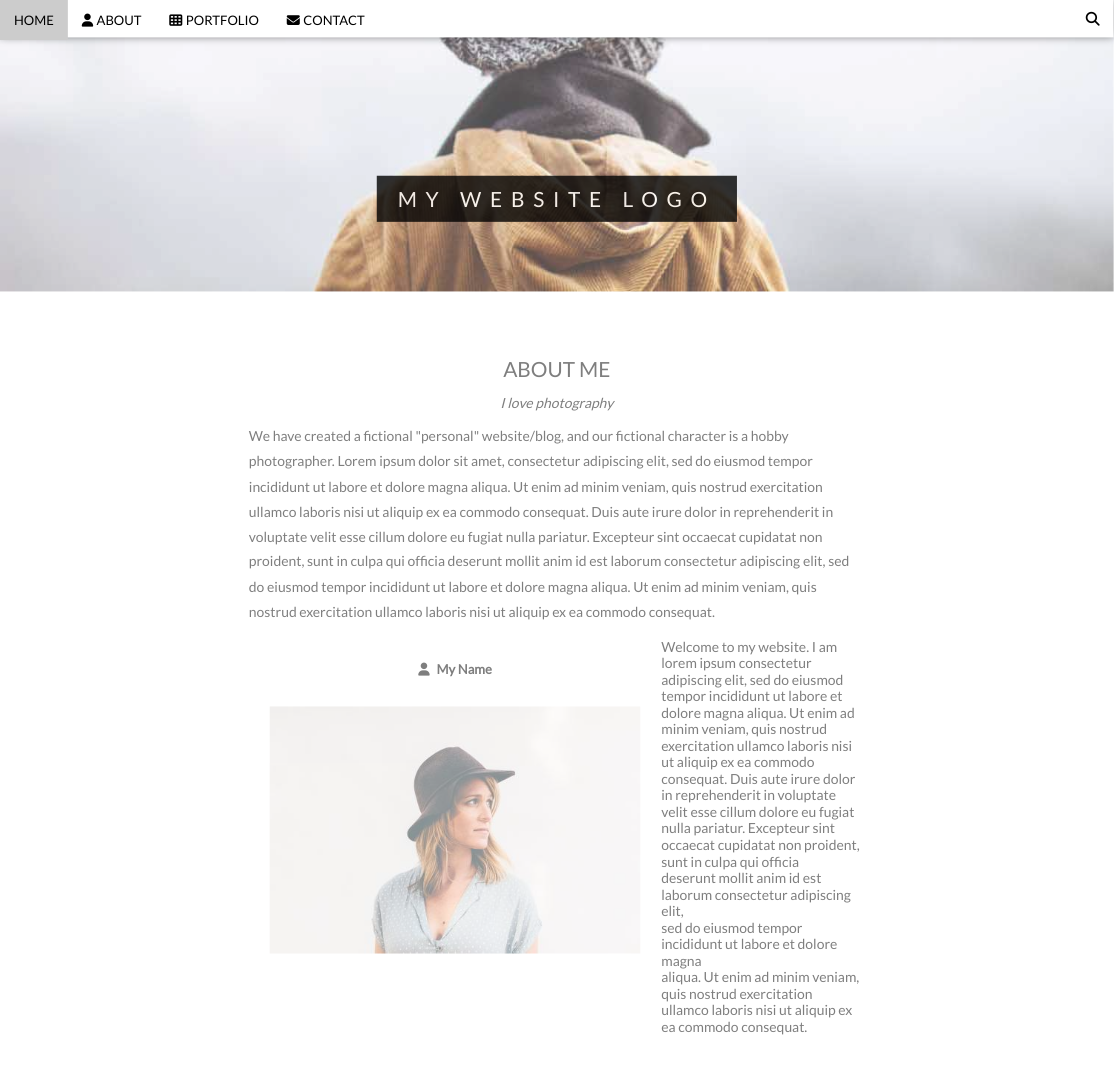
Repository: xd25vn/project-error
Page: index.html
These files come from the project's save history. The page is drawn as it stood at one moment and after the next save; the edit follows.
The browser window is 1280 px wide. The pictures show the whole page, at 87% of full size.

Above is the page before, as saved 2023-09-02 17:36:11.

### index.html
<html lang="en">
<head>
    <meta charset="UTF-8">
    <meta name="viewport" content="width=device-width, initial-scale=1.0">
    <title>TEMPLATE PARALLAX</title>
    <link rel="stylesheet" href="./assets/base.css">
    <link rel="stylesheet" href="./assets/main.css">
    <link rel="stylesheet" href="https://fonts.googleapis.com/css?family=Lato">
    <link rel="stylesheet" href="./assets/font/fontawesome-free-6.4.0-web/fontawesome-free-6.4.0-web/css/all.min.css">
</head>
<body>
    <!--! HEADER -->
    <header>
        <!--? NAV -->
        <ul id="nav">
            <li><a href="#">Home</a></li>
            <li><a href="#"><i class="fa-solid fa-user"></i>About</a></li>
            <li><a href="#"><i class="fa fa-th"></i>Portfolio</a></li>
            <li><a href="#"><i class="fa-solid fa-envelope"></i>contact</a></li>
        </ul>
        <div class="nav-icon-search">
            <i class="fa-solid fa-magnifying-glass"></i>
        </div>
        <!--? NAV -->
    </header>
    <!--! HEADER -->
    <!--& SIDEBAR -->
    <div id="sidebar">
        <div class="sidebar-img-one"></div>
        <div class="sidebar-text-one">
            <span>MY WEBSITE LOGO</span>
        </div>
    </div>
    <!-- & SIDEBAR -->
    <div id="content">
        <div id="about">
            <h3 class="heading-section">ABOUT ME</h3>
            <p class="sub-heading-section">I love photography</p>
            <p class="about-section">We have created a fictional "personal" website/blog, and our fictional character is a hobby photographer. Lorem ipsum dolor sit amet, consectetur adipiscing elit, sed do eiusmod tempor incididunt ut labore et dolore magna aliqua. Ut enim ad minim veniam, quis nostrud exercitation ullamco laboris nisi ut aliquip ex ea commodo consequat. Duis aute irure dolor in reprehenderit in voluptate velit esse cillum dolore eu fugiat nulla pariatur. Excepteur sint occaecat cupidatat non proident, sunt in culpa qui officia deserunt mollit anim id est laborum consectetur adipiscing elit, sed do eiusmod tempor incididunt ut labore et dolore magna aliqua. Ut enim ad minim veniam, quis nostrud exercitation ullamco laboris nisi ut aliquip ex ea commodo consequat.</p>

            <div id="per-dec-one">
                <div class="per-img-one">
                    <div class="heading-per-one">
                        <b><i class="fa fa-user w3-margin-right"></i>My Name</b>
                    </div>
                    <br>
                    <div class="per-img">
                        <img src="./assets/image/per-dec-img/avatar_hat.jpg" alt="AVATER HAT">
                    </div>
                </div>

                <div class="pre-text-one">
                    <p>Welcome to my website. I am lorem ipsum consectetur<br> adipiscing elit, sed do eiusmod tempor incididunt ut labore et<br> dolore magna aliqua. Ut enim ad minim veniam, quis nostrud<br> exercitation ullamco laboris nisi ut aliquip ex ea commodo<br> consequat. Duis aute irure dolor in reprehenderit in voluptate<br> velit esse cillum dolore eu fugiat nulla pariatur. Excepteur sint<br> occaecat cupidatat non proident, sunt in culpa qui officia<br> deserunt mollit anim id est laborum consectetur adipiscing elit,<br> sed do eiusmod tempor incididunt ut labore et dolore magna<br> aliqua. Ut enim ad minim veniam, quis nostrud exercitation<br> ullamco laboris nisi ut aliquip ex ea commodo consequat.</p>
                </div>
            </div>
        </div>

        <div class="portfolio">

        </div>

        <div class="my-work">

        </div>

        <div class="contact">

        </div>

        <div class="map-work">

        </div>
    </div>

    <footer id="footer">

    </footer>
</body>
</html>

### assets/base.css
* {
    margin: 0;
    padding: 0;
    box-sizing: border-box;
}
body {
    background-color: #fff;
    font-family: "Lato", sans-serif;
}

### assets/main.css
header {
    height: 43px;
    width: 100%;
    background-color: #fff;
    box-shadow: 0 0 10px rgba(0, 0, 0, 0.6);
    position: fixed;
    z-index: 1;
}

header #nav {
    display: flex;
    list-style: none;
    align-items: center;
    position: relative;
}

header #nav li {
    padding: 14px 16px;
    display: block;
}

header #nav li i {
    padding-right: 4px;
}

header
#nav
li a {
    text-decoration: none;
    color: #000;
    font-size: 15px;
    text-transform: uppercase;
}

header
#nav
li:hover {
    background: #ccc;
    cursor: pointer;
}

header
.nav-icon-search
i {
    position: absolute;
    top: 0;
    right: 0;
    padding: 14px 16px;
    text-align: center;
}

header .nav-icon-search:hover i {
    background-color: #f44336 !important;
    color: #fff;
    display: block;
    cursor: pointer;
}

#sidebar .sidebar-img-one {
    background: url(../assets/image/sidebar1.jpg) center / cover no-repeat;
    padding-top: calc(27% - 10.18px);
    opacity: 0.7;
    position: relative;
}

#sidebar .sidebar-text-one {
    background-color: #000 !important;
    position: absolute;
    padding: 12px 24px;
    left: 50%;
    transform: translateX(-50%);
    top: 28%;
    opacity: 0.8;
}

#sidebar .sidebar-text-one span {
    color: #fff;
    font-size: 24px;
    letter-spacing: 10;
}

#content #about {
    margin: 0px 270px;
    padding: 64px 16px;
    opacity: 0.5;
}

#content #about .heading-section {
    margin: 10px 0px;
    font-size: 24px;
    font-weight: 400;
    text-align: center;
}

#content #about .sub-heading-section {
    margin: 15px 0px;
    font-style: italic;
    text-align: center;
}

#content #about .about-section {
    margin: 15px 0px;
    line-height: 1.8;
}

#content #per-dec-one {
    display: flex;
}

#content #per-dec-one .per-img-one {
    padding: 12px 24px;
    text-align: center;
}

#content #per-dec-one .per-img-one .heading-per-one {
    margin: 15px 0px;
    font-size: 15px;
}

#content #per-dec-one .per-img-one .heading-per-one i {
    padding-right: 8px;
}

#content #per-dec-one .per-img {
    width: 100%;
}

#content #per-dec-one .per-img img {
    height:  284px;
    width: 426px;
}

#content #about #per-dec-one .per-img:hover {
    opacity: 1;
}

Loaded but not shown: assets/font/fontawesome-free-6.4.0-web/fontawesome-free-6.4.0-web/css/all.min.css (library)

After the next save:
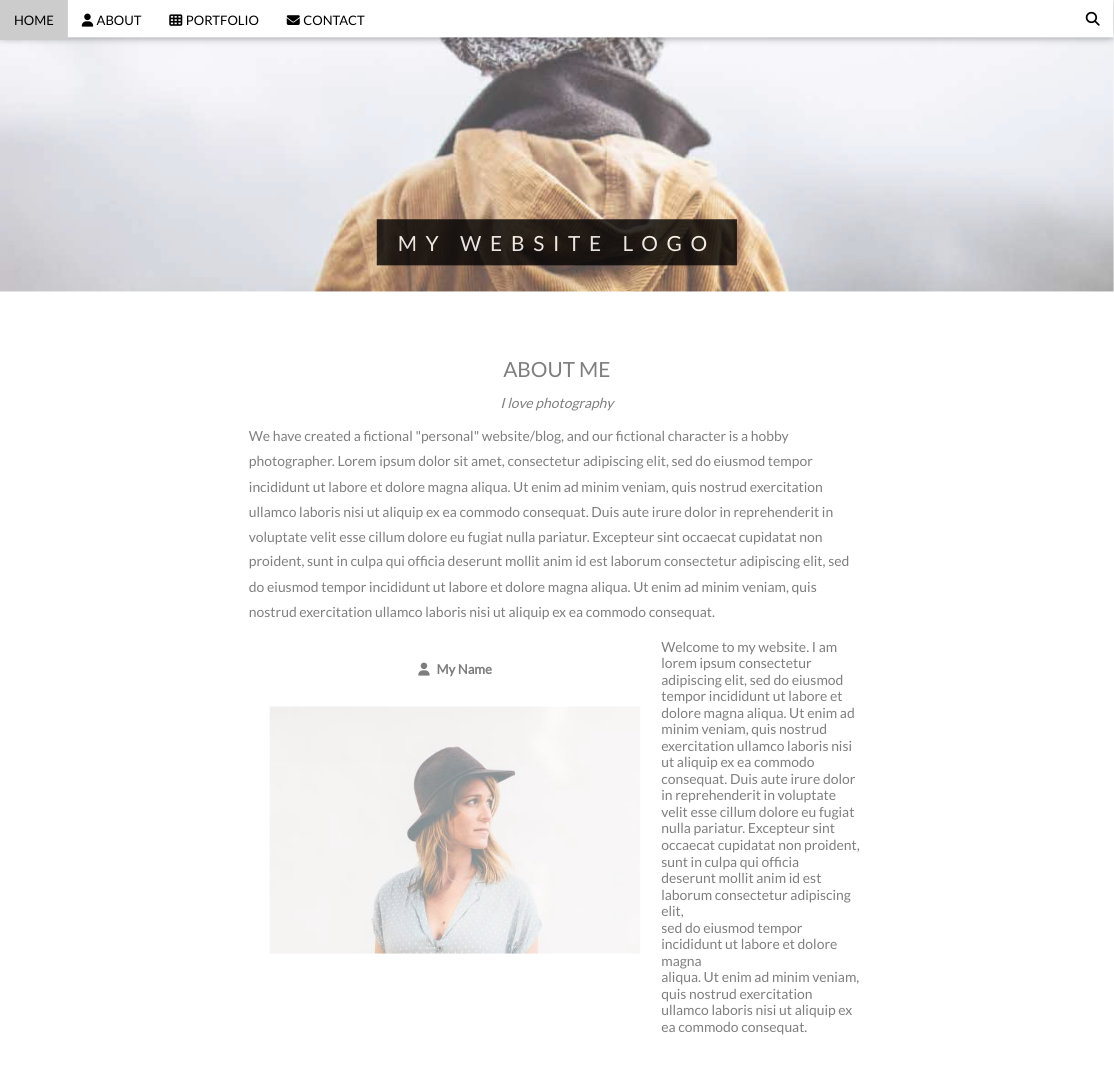
Saved 35 s later.
--- a/assets/main.css
+++ b/assets/main.css
@@ -69,7 +69,7 @@ header .nav-icon-search:hover i {
     padding: 12px 24px;
     left: 50%;
     transform: translateX(-50%);
-    top: 28%;
+    top: 35%;
     opacity: 0.8;
 }
 
